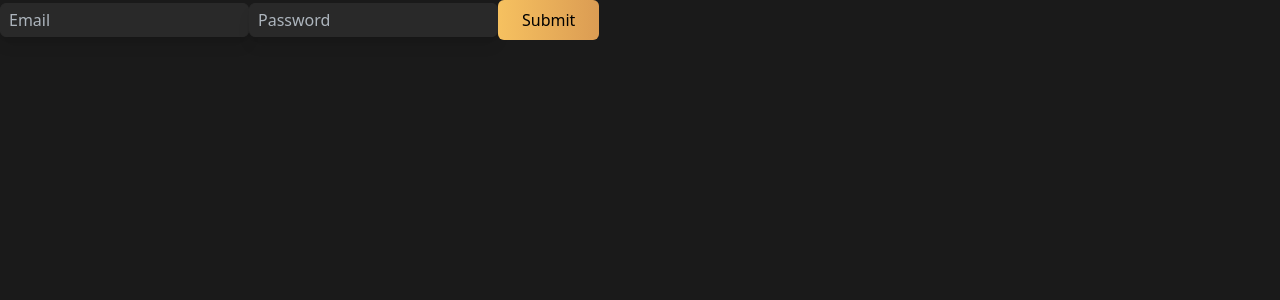
Repository: s-babaeizadeh/react-hook-form-with--zod-validation
Page: /
These files come from the project's save history. The page is drawn as it stood at one moment and after the next save; the edit follows.
The browser window is 1280 px wide. The pictures show the whole page.
The project was rebuilt for these pictures with package versions that can differ from the ones it lists, and the page was loaded fresh each time. Also part of the build but not shown: vite.config.ts.

Above is the page before, as saved 2024-08-13 16:52:05.

### src/App.tsx
import React, { useState } from "react";

const App = () => {
  const [email, setEmail] = useState("");
  const [password, setPassword] = useState("");
  const [errors, setErrors] = useState<{ email: string; password: string }>({
    email: "",
    password: "",
  });

  const handleSubmit = (e: React.FormEvent) => {
    e.preventDefault();

    setErrors({ email: "", password: "" });

    if (!email.includes("@")) {
      setErrors({ ...errors, email: "Email must include @" });
      return;
    }
    console.log("Form submitted");
  };
  return (
    <form onSubmit={handleSubmit} className="form gap-2">
      <input
        type="text"
        placeholder="Email"
        value={email}
        onChange={(e) => setEmail(e.target.value)}
      />
      {errors.email && <div className="text-red-500">{errors.password}</div>}
      <input
        type="password"
        placeholder="Password"
        value={password}
        onChange={(e) => setPassword(e.target.value)}
      />
      {errors.password && <div className="text-red-500">{errors.password}</div>}
      <button type="submit">Submit</button>
    </form>
  );
};

export default App;

### src/index.css
@tailwind base;
@tailwind components;
@tailwind utilities;

body {
  @apply bg-background-800 text-white;
}

button,
button[type="submit"] {
  @apply rounded-md bg-gradient-to-r from-primary-500 to-secondary-600 px-6 py-2 text-black hover:opacity-50;
}

button:disabled,
button[type="submit"]:disabled {
  @apply opacity-50;
}

input[type="text"],
input[type="email"],
input[type="password"] {
  @apply rounded-md border border-background-700 bg-background-700 px-2 py-1 text-white shadow-lg outline-none  focus:border-primary-500;
}

.tutorial {
  @apply flex flex-col px-4 py-2;
}

.tutorial-shorts {
  @apply flex flex-col px-8 py-4;
}

### tailwind.config.js
/** @type {import('tailwindcss').Config} */
export default {
  content: ["./index.html", "./src/**/*.{js,ts,jsx,tsx}"],
  theme: {
    extend: {
      colors: {
        primary: {
          500: "#f6c160",
          600: "#e0b058",
        },
        secondary: {
          500: "#f6b060",
          600: "#db9c53",
        },
        background: {
          700: "#292929",
          800: "#1a1a1a",
        },
        gray: {
          300: "#f8f9fa",
          400: "#adb5bd",
        },
      },
    },
  },
  plugins: [],
};

Loaded but not shown: index.html (common file); src/main.tsx (common file)

After the next save:
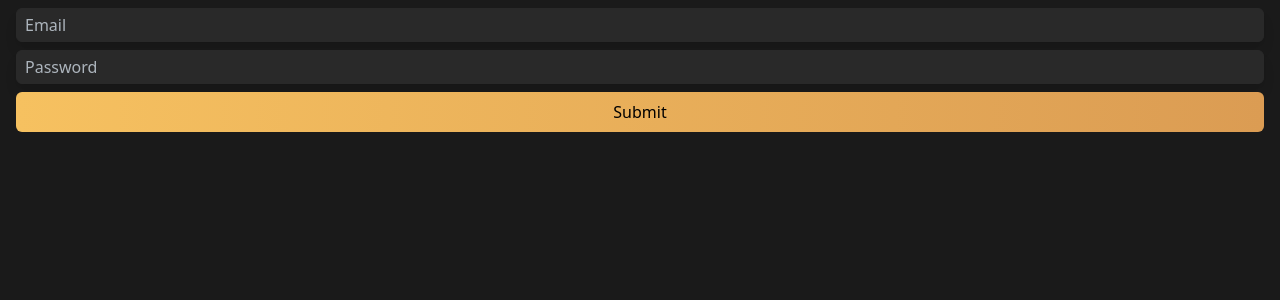
Saved 8 s later.
--- a/src/index.css
+++ b/src/index.css
@@ -22,7 +22,7 @@ input[type="password"] {
   @apply rounded-md border border-background-700 bg-background-700 px-2 py-1 text-white shadow-lg outline-none  focus:border-primary-500;
 }
 
-.tutorial {
+.form {
   @apply flex flex-col px-4 py-2;
 }
 
